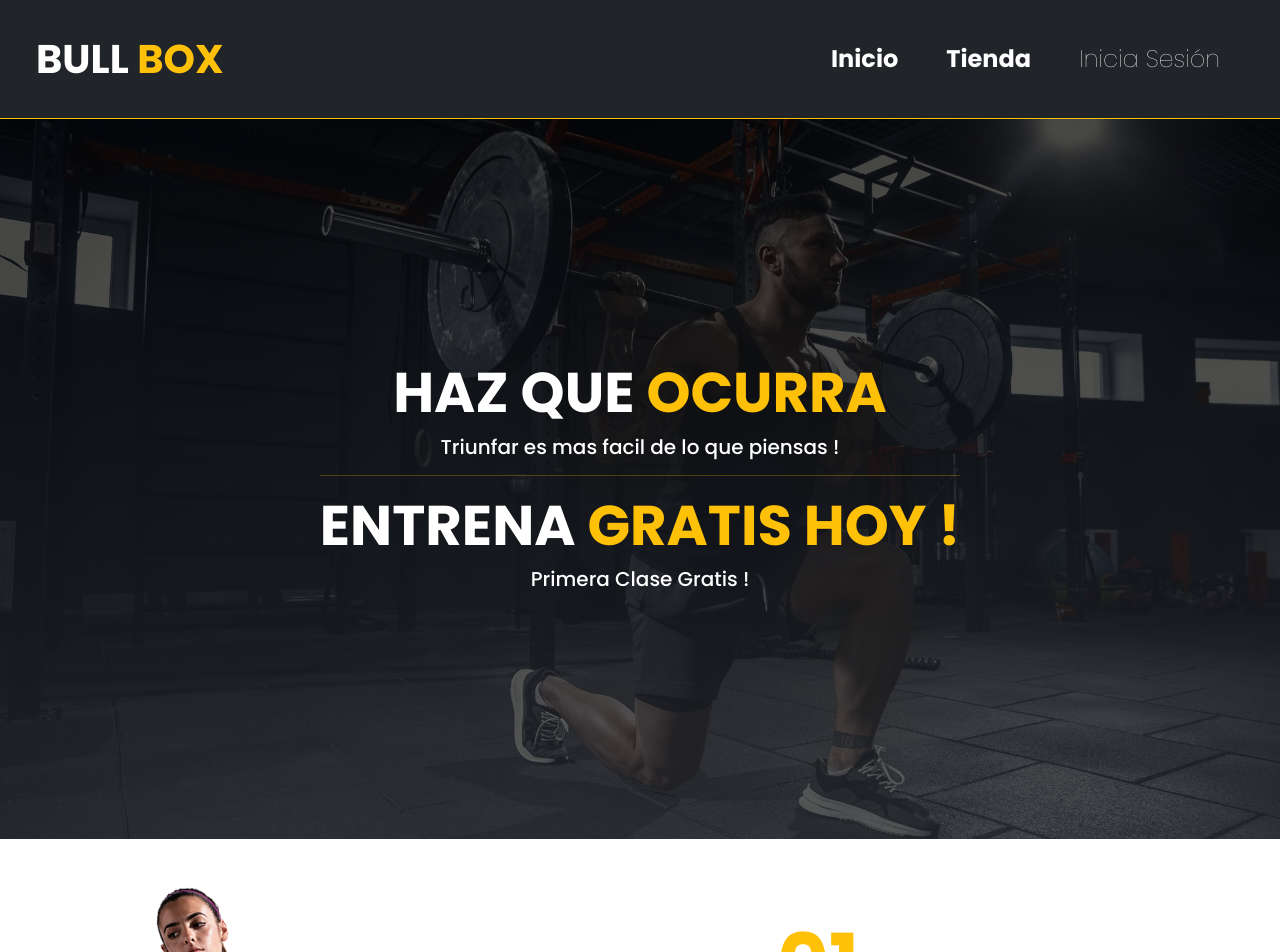
Repository: enjeru13/BullBox
Page: / (app in BullBox/)
The author's editor kept a copy of each file at every save. The page is drawn from the files as they stood at one save, then again after the next save.
The browser window is 1280 px wide. The pictures show the part of the page from y = 0 to 952 px (the page is 4177 px tall).
The project was rebuilt for these pictures with package versions that can differ from the ones it lists, and the page was loaded fresh each time. Also part of the build but not shown: BullBox/vite.config.js, BullBox/src/pages/Registro.jsx, BullBox/src/pages/Login.jsx, BullBox/src/pages/Perfil.jsx, BullBox/src/pages/Tienda.jsx, BullBox/ProtectedRoute.jsx.

Above is the page before, as saved 2024-10-28 12:23:49.

### BullBox/index.html
<!doctype html>
<html lang="en">
  <head>
    <meta charset="UTF-8" />
    <link rel="icon" type="image/svg+xml" href="/vite.svg" />
    <link rel="preconnect" href="https://fonts.googleapis.com">
<link rel="preconnect" href="https://fonts.gstatic.com" crossorigin>
<link href="https://fonts.googleapis.com/css2?family=Poppins:ital,wght@0,100;0,200;0,300;0,400;0,500;0,600;0,700;0,800;0,900;1,100;1,200;1,300;1,400;1,500;1,600;1,700;1,800;1,900&family=Raleway:ital,wght@0,100;0,200;0,300;0,400;0,500;0,600;0,700;0,800;0,900;1,100;1,200;1,300;1,400;1,500;1,600;1,700;1,800;1,900&display=swap" rel="stylesheet">
    <meta name="viewport" content="width=device-width, initial-scale=1.0" />
    <title>Bull Box</title>
  </head>
  <body>
    <div id="root"></div>
    <script type="module" src="/src/main.jsx"></script>
    <script
    src="https://cdn.jsdelivr.net/npm/bootstrap@5.0.2/dist/js/bootstrap.bundle.min.js"
    integrity="sha384-MrcW6ZMFYlzcLA8Nl+NtUVF0sA7MsXsP1UyJoMp4YLEuNSfAP+JcXn/tWtIaxVXM"
    crossorigin="anonymous"
  ></script>
</html>

### BullBox/src/App.jsx
import { BrowserRouter, Routes, Route } from 'react-router-dom'
import { AuthProvider } from './context/AuthContext'
import Header from './components/Header'
import Inicio from './pages/Inicio'
import Registro from './pages/Registro'
import Login from './pages/Login'
import Perfil from './pages/Perfil'
import Tienda from './pages/Tienda'
import ProtectedRoute from '../ProtectedRoute'
import Footer from './components/Footer'

function App() {
  return (
    <AuthProvider>
      <BrowserRouter>
        <Header/>
        <Routes>
          <Route path='/' element={<Inicio />} />

          <Route path='/register' element={<Registro />} />

          <Route path='/login' element={<Login />} />

          <Route path='/tienda' element={<Tienda />} />

          <Route element={<ProtectedRoute/>}>
            <Route path='/profile' element={<Perfil />} />
          </Route>

        </Routes>
        <Footer/>
      </BrowserRouter>
    </AuthProvider>
  )
}

export default App

### BullBox/src/index.css
* {
 margin: 0;
 padding: 0;
 font-family: "Poppins", serif;
 font-optical-sizing: auto;
 font-weight: 100;
 font-style: normal;
}

/* Inicio */

.bg-image {
  background: linear-gradient(rgba(0, 0, 0, 0.717), rgba(36, 38, 42, 0.745)), url("/img/fondo.jpg");
  height: 100vh; /* 100vh = 100% de la altura de la viewport */
  width: 100vw; /* 100vw = 100% del ancho de la viewport */
  background-size: cover; /* Hace que la imagen cubra todo el espacio disponible */
  background-position: center; /* Centra la imagen */
  background-repeat: no-repeat; /* Evita que la imagen se repita */
  justify-content: center;
  align-items: center;
  display: flex;
}

/* Nosotros */

.bg {
  background-color: #dde1e9;
}

.justified-text {
  text-align: justify;
}

/* Servicios */

.bg-image-servicios {
  background: linear-gradient(rgba(0, 0, 0, 0.717), rgba(36, 38, 42, 0.745)), url("/img/fondo-servicios.jpg");
  background-size: cover; /* Hace que la imagen cubra todo el espacio disponible */
  background-position: center; /* Centra la imagen */
  background-repeat: no-repeat; /* Evita que la imagen se repita */
}

/* Planes */

.bg-image-planes {
  background: linear-gradient(rgba(0, 0, 0, 0.717), rgba(36, 38, 42, 0.745)), url("/img/fondo-planes1.jpg");
  background-size: cover; /* Hace que la imagen cubra todo el espacio disponible */
  background-position: center; /* Centra la imagen */
  background-repeat: no-repeat; /* Evita que la imagen se repita */
}

.bg-card {
  background: linear-gradient(rgba(0, 0, 0, 0.745), rgb(18, 17, 17));
}

### BullBox/src/context/AuthContext.jsx
import { createContext, useContext, useState, useEffect } from 'react'
import { registerRequest, loginRequest, verifyTokenRequest } from '../api/auth'
import Cookies from 'js-cookie'

const AuthContext = createContext();

// eslint-disable-next-line react-refresh/only-export-components
export const useAuth = () => {
    const context = useContext(AuthContext)
    if (!context) {
        throw new Error('useAuth deberia estar dentro del Provider')
    }
    return context
}

// eslint-disable-next-line react/prop-types
export const AuthProvider = ({ children }) => {

    const [user, setUser] = useState(null)
    const [isAuthenticated, setIsAuthenticated] = useState(false)
    const [errors, setErrors] = useState([])
    const [loading, setLoading] = useState(true)

    const signUp = async (user) => {
        try {
            const res = await registerRequest(user)
            console.log(res.data)
            setUser(res.data)
            setIsAuthenticated(true)
        } catch (error) {
            console.log(error.response)
            setErrors(error.response.data)
        }
    }

    const signIn = async (user) => {
        try {
            const res = await loginRequest(user)
            console.log(res.data)
            setUser(res.data)
            setIsAuthenticated(true)
        } catch (error) {
            if (Array.isArray(error.response.data)) {
                return setErrors(error.response.data)
            }
            setErrors([error.response.data.message])
        }
    }

    const logOut = () => {
        Cookies.remove('token')
        setIsAuthenticated(false)
        setUser(null)
    }

    // timer de las alertas de errores

    useEffect(() => {
        if (errors.length > 0) {
            const timer = setTimeout(() => {
                setErrors([])
            }, 3000);
            return () => clearTimeout(timer)
        }
    }, [errors])

    useEffect(() => {
        async function checkLogin() {
            const cookies = Cookies.get()

            if (!cookies.token) {
                setIsAuthenticated(false)
                setLoading(false)
                return setUser(null)
            }
            try {
                const res = await verifyTokenRequest(cookies.token)
                if (!res.data) {
                    setIsAuthenticated(false)
                    setLoading(false)
                    return
                }

                setIsAuthenticated(true)
                setUser(res.data)
                setLoading(false)

            } catch (error) {
                console.log(error)
                setIsAuthenticated(false)
                setUser(null)
                setLoading(false)
            }
        }
        checkLogin()
    }, [])

    return (
        <AuthContext.Provider value={{
            signUp,
            signIn,
            logOut,
            loading,
            user,
            isAuthenticated,
            errors,
        }}>
            {children}
        </AuthContext.Provider>
    )
}

export default AuthContext

### BullBox/src/components/Header.jsx
import { Link } from "react-router-dom"
import { useAuth } from '../context/AuthContext'

function Header() {

    const { isAuthenticated, logOut, user } = useAuth()

    return (
        <>
            <nav className="navbar navbar-expand-lg bg-dark border-bottom border-warning p-4 sticky-top">
                <div className="container-fluid">
                    <a className="navbar-brand text-white fs-1 fw-bold" href='#'>BULL <span className="text-warning fw-bold">BOX</span></a>
                    <button className="navbar-toggler border-2 border-warning" type="button" data-bs-toggle="collapse" data-bs-target="#navbarNav" aria-controls="navbarNav" aria-expanded="false" aria-label="Toggle navigation">
                        <span className="navbar-toggler-icon"></span>
                    </button>
                    <div className="collapse navbar-collapse " id="navbarNav">
                        <ul className="navbar-nav ms-auto justify-content-center align-items-center">
                            <li className="nav-item">
                                <Link className="nav-link text-white fs-4 active mx-3 fw-bold" aria-current="page" to="/">Inicio</Link>
                            </li>
                            <li className="nav-item">
                                <Link className="nav-link text-white fs-4 mx-3 fw-bold" to="/tienda">Tienda</Link>
                            </li>
                            {isAuthenticated ? (
                                <>
                                    <li className="nav-item">
                                        <Link className="nav-link text-white fs-4 mx-3 fw-bold" to='/profile'>Tu perfil {user.username} </Link>
                                    </li>
                                    <li className="nav-item ">
                                        <Link className="nav-link text-white fs-4 mx-3 fw-bold" to='/' onClick={() => {
                                            logOut()
                                        }}>Cerrar Sesión</Link>
                                    </li>
                                </>
                            ) : (
                                <>
                                    <li className="nav-item">
                                        <Link className="nav-link text-white fs-4 mx-3" to="/login">Inicia Sesión</Link>
                                    </li>
                                </>)}
                        </ul>
                    </div >
                </div >
            </nav >
        </>
    )
}

export default Header

### BullBox/src/pages/Inicio.jsx
import { FontAwesomeIcon } from '@fortawesome/react-fontawesome';
import { faLocationPin, faDumbbell, faPersonRunning, faWeightHanging } from '@fortawesome/free-solid-svg-icons';
import nosotros from '/img/nosotros.png'
import servicios from '/img/servicios.png'
import QRvzla from '/img/QRvzla.jpg'
import Mapa from '../components/Mapa'

function Inicio() {
    return (
        <>
            {/* Inicio */}

            <section className="bg-image text-center text-white fw-bold">
                <div className=''>
                    <h2 className='fw-bold display-4'>HAZ QUE <span className='text-warning fw-bold'>OCURRA</span></h2>
                    <h5 className=''>Triunfar es mas facil de lo que piensas !</h5>
                    <hr className='text-warning' />
                    <h2 className='fw-bold display-4'>ENTRENA <span className='text-warning fw-bold'>GRATIS HOY ! </span> </h2>
                    <h5 className=''>Primera Clase Gratis !</h5>
                </div>
            </section>

            {/* Nosotros */}

            <section className='container fw-bold p-5'>
                <div className='row justify-content-center align-items-center'>
                    <div className='col-md-4'>
                        <img className='img-fluid' src={nosotros} />
                    </div>
                    <div className='col-md-8 my-4 text-center'>
                        <div className='text-warning fw-bold display-1'>
                            01
                        </div>
                        <span className='fw-bold'>LA MEJOR EXPERIENCIA</span>
                        <h1 className='text-warning fw-bold display-4'>NOSOTROS</h1>
                        <p className='justified-text pt-3 fw-bold'> Creemos en el poder del movimiento y en el potencial ilimitado de cada persona. Nuestro equipo de expertos te guiará en cada paso del camino, diseñando planes de entrenamiento personalizados para ayudarte a alcanzar tus metas. </p>
                    </div>
                </div>
                <div >
                    <h1 className='text-center pt-3 pb-3 text-warning fw-bold'>Nuestra ubicacion</h1>
                    <Mapa />
                </div>
                <div>
                    <h3 className='text-center pt-4 fw-bold'> <FontAwesomeIcon className='text-warning me-2' icon={faLocationPin} />Barrio Obrero Calle 15 entre Carreras 21 y 22</h3>
                </div>
            </section>

            {/* Servicios */}

            <section className='bg-image-servicios fw-bold p-5 text-center text-white'>
                <div className='row justify-content-center align-items-center'>
                    <div className='col-md-8 my-4 text-center'>
                        <div className='text-warning fw-bold display-1'>
                            02
                        </div>
                        <span className='fw-bold'>LA MEJOR EXPERIENCIA</span>
                        <h2 className='text-warning fw-bold display-4'>SERVICIOS</h2>
                        <p className='justified-text pt-3 fw-bold'> ¿Sueñas con un cuerpo más fuerte y saludable?, te ofrecemos todo lo que necesitas para alcanzar tus metas. Desde entrenamientos personalizados hasta clases grupales dinámicas, te guiaremos paso a paso en tu transformación física y mental. </p>
                    </div>
                    <div className='col-md-4'>
                        <img className='img-fluid' src={servicios} />
                    </div>
                </div>
            </section>

            <div className="card text-center m-4 fw-bold bg-dark text-white">
                <div className="card-header border-warning">
                    <h2 className="text-center fw-bold"><i className='me-3'><FontAwesomeIcon icon={faDumbbell} /></i>Clases de <span className='text-warning fw-bold'>Levantamiento de Pesas</span></h2>
                </div>
                <div className="card-body">
                    <p className="card-text text-center fw-bold">El levantamiento de pesas es el ejercicio perfecto para tonificar tus músculos y esculpir tu cuerpo. ¡Anímate a probarlo!</p>
                </div>
            </div>

            <div className="card text-center m-4 fw-bold bg-dark text-white">
                <div className="card-header border-warning">
                    <h2 className=" fw-bold card-title text-center"><i className='me-3'><FontAwesomeIcon icon={faWeightHanging} /></i>Clases de <span className='text-warning fw-bold'>Crosstraining</span></h2>
                </div>
                <div className="card-body">
                    <p className="card-text text-center fw-bold">Combina ejercicios funcionales, constantemente variados y ejecutados a alta intensidad, para mejorar tu fuerza, resistencia y condición física general. ¡Descubre tu potencial!</p>
                </div>
            </div>

            <div className="card text-center m-4 fw-bold bg-dark text-white">
                <div className="card-header border-warning">
                    <h2 className=" fw-bold card-title text-center"><i className='me-3'><FontAwesomeIcon icon={faPersonRunning} /></i>Entrenamientos <span className='text-warning fw-bold'>GAP</span></h2>
                </div>
                <div className="card-body">
                    <p className="card-text text-center fw-bold">Este entrenamiento se enfoca en fortalecer glúteos, abdomen y piernas, logrando una figura más tonificada y definida. ¡Ideal para quienes buscan resultados rápidos y efectivos!</p>
                </div>
            </div>

            {/* Planes */}

            <section className='bg-image-planes fw-bold p-5 text-center text-white'>
                <div className=''>
                    <div className='text-warning fw-bold display-1'>
                        03
                    </div>
                    <span className='fw-bold'>LA MEJOR EXPERIENCIA</span>
                    <h2 className='text-warning fw-bold display-4'>Planes</h2>
                </div>
                <p className='justified-text pt-3 fw-bold'>Elige el plan que se adapte a tu estilo de vida y alcanza tus objetivos de forma rápida y segura. Ofrecemos planes personalizados con entrenamiento funcional, cardiovascular y asesoramiento nutricional para optimizar tus resultados. ¡Únete a nuestra comunidad fitness y descubre tu máximo potencial ! </p>
                <div className="row row-cols-1 row-cols-md-3 g-5 pt-5">
                    <div className="col">
                        <div className="bg-card card h-100">
                            <div className="card-body">
                                <h5 className="card-title text-center text-warning display-3 fw-bold m-3 border-bottom border-3 border-warning">2 BULL</h5>
                                <p className="card-text text-center text-white fs-1 fw-bold">2 CLASES POR SEMANA</p>
                                <br />
                                <p className='text-center fs-1 text-warning fw-bold'>12$</p>
                                <p className='text-center text-white fs-1 fw-bold'>MENSUAL</p>
                            </div>
                        </div>
                    </div>
                    <div className="col">
                        <div className="bg-card card h-100">
                            <div className="card-body">
                                <h5 className="card-title text-center text-warning display-3 fw-bold border-bottom border-3 border-warning">FULL BOX</h5>
                                <br />
                                <p className="card-text text-center text-white fs-1 fw-bold ">5 CLASES POR SEMANA</p>
                                <br />
                                <p className='text-center fs-1 text-warning fw-bold'>20$</p>
                                <p className='text-center text-white fs-1 fw-bold'>MENSUAL</p>
                            </div>
                        </div>
                    </div>
                    <div className="col">
                        <div className="bg-card card h-100">
                            <div className="card-body">
                                <h5 className="card-title text-center text-warning display-3 fw-bold m-3 border-bottom border-3 border-warning">3 BULL</h5>
                                <p className="card-text text-center text-white fs-1 fw-bold">3 CLASES POR SEMANA</p>
                                <br />
                                <p className='text-center fs-1 text-warning fw-bold'>15$</p>
                                <p className='text-center text-white fs-1 fw-bold'>MENSUAL</p>
                            </div>
                        </div>
                    </div>
                    <div className='container-fluid h-100 d-flex flex-column justify-content-center align-items-center pt-5'>
                        <button type="button" className="btn btn-warning fw-bold fs-4" data-bs-toggle="modal" data-bs-target="#staticBackdrop">
                            Metodos de Pago
                        </button>
                    </div>
                    <div className="modal fade" id="staticBackdrop" data-bs-backdrop="static" data-bs-keyboard="false" tabIndex="-1" aria-labelledby="staticBackdropLabel" aria-hidden="true">
                        <div className="modal-dialog">
                            <div className="modal-content bg-dark">
                                <div className="modal-header">
                                    <h1 className="modal-title text-warning fs-4" id="staticBackdropLabel">Métodos de Pago</h1>
                                    <button type="button" className="btn-close" data-bs-dismiss="modal" aria-label="Close"></button>
                                </div>
                                <div className="modal-dialog modal-dialog-scrollable text-warning fs-5">
                                    Utiliza el método de pago que mejor se adapte a ti!
                                </div>
                                <p className='text-warning text-center fs-5'>QR Banco de Venezuela</p>
                                <img src={QRvzla} alt="QR banco de Venezuela" />
                                <p className='text-warning text-center fs-5 pt-3'>QR Banco de Venezuela</p>
                                <img src={QRvzla} alt="" />
                                <p className='text-warning text-center fs-5'>QR Banco de Venezuela</p>
                                <img src={QRvzla} alt="" />
                            </div>
                        </div>
                    </div>
                </div>
            </section>
            {/* <Footer /> */}
        </>

    )
}

export default Inicio

### BullBox/src/components/Footer.jsx
import { FontAwesomeIcon } from '@fortawesome/react-fontawesome';
import { faWhatsapp, faFacebook, faInstagram } from '@fortawesome/free-brands-svg-icons';

function Footer() {
    return (
        <div className='d-flex flex-column align-items-center text-center bg-dark border-top border-warning container-fluid p-1'>
            <h5 className='text-white fw-bold'>2024 - BULL <span className='text-warning fw-bold'>BOX</span> Todos los Derechos Reservados</h5>
            <div className="d-flex justify-content-center">
                <div className="nav-item">
                    <a className="nav-link text-white fs-2" href="#"><FontAwesomeIcon icon={faWhatsapp} /></a>
                </div>
                <div className="nav-item">
                    <a className="nav-link text-white fs-2 ms-5" href="#"><FontAwesomeIcon icon={faFacebook} /></a>
                </div>
                <div className="nav-item">
                    <a className="nav-link text-white fs-2 ms-5" href="#"><FontAwesomeIcon icon={faInstagram} /></a>
                </div>
            </div>
        </div>
    )
}

export default Footer

### BullBox/src/api/auth.js
import axios from "./axios";

export const registerRequest = (user) => axios.post(`/register`, user);

export const loginRequest = (user) => axios.post(`/login`, user);

export const verifyTokenRequest = () => axios.get(`/verify`);

### BullBox/src/components/Mapa.jsx
import { MapContainer, TileLayer, Marker, Popup } from 'react-leaflet'
import 'leaflet/dist/leaflet.css'
import './Mapa.css'


const Mapa = () => {
    return (

        <div className='container-fluid'>
            <MapContainer center={{ lat: '7.7819182', lng: '-72.2228125' }} zoom={16}>
                <TileLayer url='https://tile.openstreetmap.org/{z}/{x}/{y}.png'
                    attribution='&copy; <a href="http://www.openstreetmap.org/copyright">OpenStreetMap</a>' />
                <Marker position={{ lat: '7.7819182', lng: '-72.2228125' }}>
                    <Popup>
                        Ubicacion de BULL BOX
                    </Popup>
                </Marker>
            </MapContainer>
        </div>
    )
}

export default Mapa

### BullBox/src/api/axios.js
import axios from "axios";

const instance = axios.create({
    baseURL: 'http://localhost:3000/api',
    withCredentials: true
})

export default instance

### BullBox/src/components/Mapa.css
.leaflet-container {
    width: 100%;
    height: 300px;
    background: #000;
}

Loaded but not shown: BullBox/src/main.jsx (common file)

After the next save:
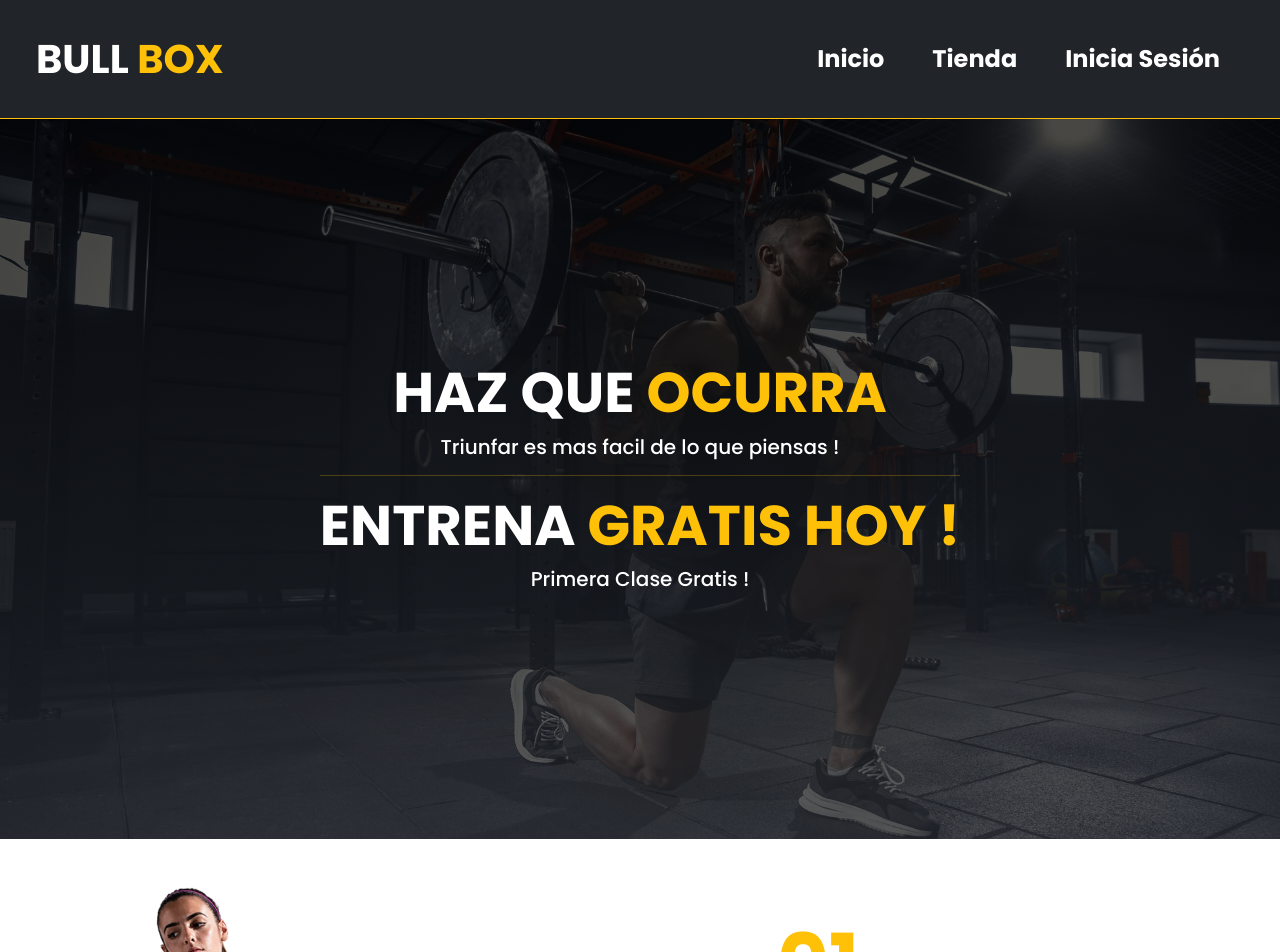
Saved 28 s later.
--- a/BullBox/src/components/Header.jsx
+++ b/BullBox/src/components/Header.jsx
@@ -35,7 +35,7 @@ function Header() {
                             ) : (
                                 <>
                                     <li className="nav-item">
-                                        <Link className="nav-link text-white fs-4 mx-3" to="/login">Inicia Sesión</Link>
+                                        <Link className="nav-link text-white fs-4 mx-3 fw-bold" to="/login">Inicia Sesión</Link>
                                     </li>
                                 </>)}
                         </ul>
